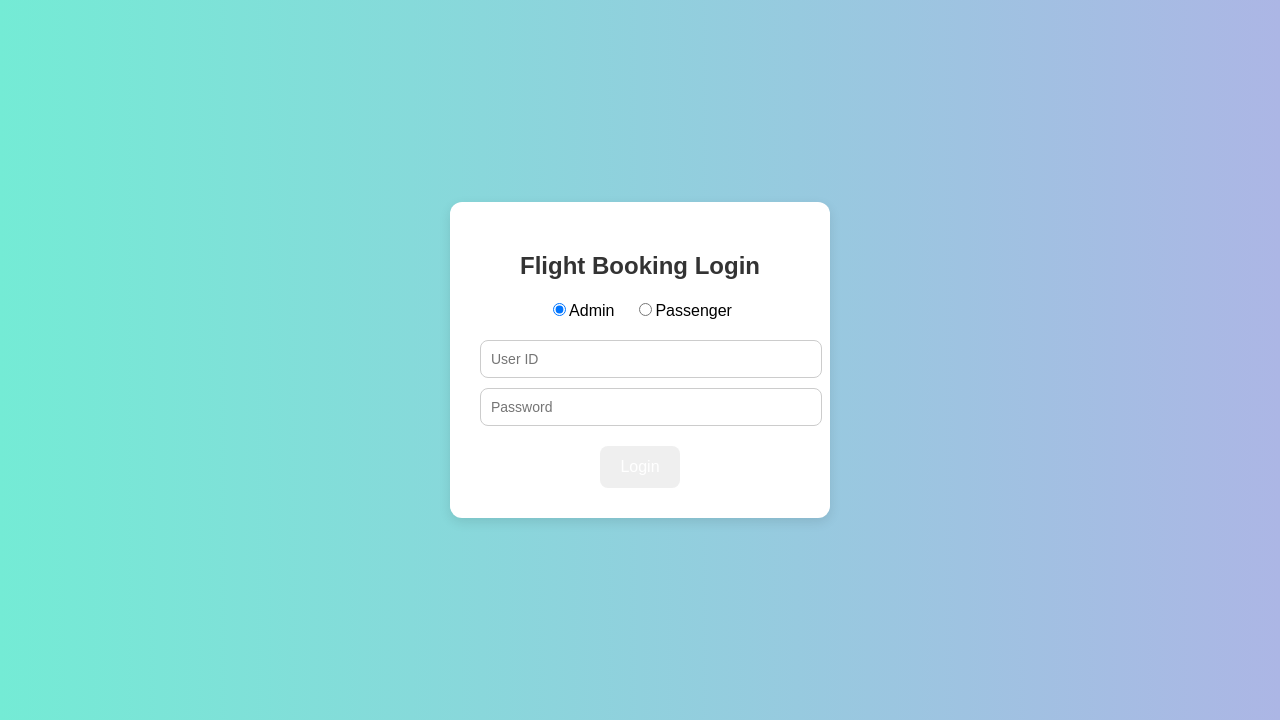
Repository: Shenes35/Booking-system
Page: / (app in frontend/)
An editor plug-in stored every save of this project. The page is shown before and after the next save, followed by the edit.
The browser window is 1280 px wide. The pictures show the whole page.
The project was rebuilt for these pictures with package versions that can differ from the ones it lists, and the page was loaded fresh each time.

Above is the page before, as saved 2025-05-19 10:40:42.

### frontend/src/index.js
import React from 'react';
import ReactDOM from 'react-dom/client';
import './index.css';
import App from './App.jsx';       // ONLY one import of App
import reportWebVitals from './reportWebVitals';

const root = ReactDOM.createRoot(document.getElementById('root'));
root.render(
  <React.StrictMode>
    <App />
  </React.StrictMode>
);

reportWebVitals();

### frontend/src/App.jsx
import React, { useState } from 'react';
import LoginPage from './components/LoginPage';

const App = () => {
  const [userRole, setUserRole] = useState(null);

  if (!userRole) {
    return <LoginPage setUserRole={setUserRole} />;
  }

  return (
    <div>
      <h1>Welcome, {userRole}!</h1>
      {/* Add more UI or navigation here */}
    </div>
  );
};

export default App;

### frontend/src/components/LoginPage.jsx
import React, { useState } from 'react';

const LoginPage = ({ setUserRole }) => {
  const [role, setRole] = useState('admin');
  const [userId, setUserId] = useState('');
  const [password, setPassword] = useState('');

  const handleSubmit = (e) => {
    e.preventDefault();
    if (!userId || !password) {
      alert('Please enter User ID and Password');
      return;
    }
    setUserRole(role);
  };

  return (
    <div style={styles.container}>
      <div style={styles.card}>
        <h2 style={styles.title}>Flight Booking Login</h2>
        <form onSubmit={handleSubmit}>
            <div style={styles.roleSelection}>
            <label style={styles.radioLabel}>
                <input type="radio" value="admin" checked={role === 'admin'} onChange={() => setRole('admin')} />
                Admin
            </label>
            <label style={styles.radioLabel}>
                <input type="radio" value="passenger" checked={role === 'passenger'} onChange={() => setRole('passenger')} />
                Passenger
            </label>
            </div>
            <input
                type="text"
                placeholder="User ID"
                value={userId}
                onChange={(e) => setUserId(e.target.value)}
                style={styles.input}
            />
            <input
                type="password"
                placeholder="Password"
                value={password}
                onChange={(e) => setPassword(e.target.value)}
                style={styles.input}
            />
            <button type="submit" style={styles.button}>Login</button>
        </form>
        </div>
    </div>
  );
};
const styles = {
  container: {
    display: 'flex',
    justifyContent: 'center',
    alignItems: 'center',
    height: '100vh',
    background: 'linear-gradient(to right, #74ebd5, #ACB6E5)',
    fontFamily: 'Arial, sans-serif',
  },
  card: {
    padding: '30px',
    borderRadius: '12px',
    backgroundColor: '#ffffff',
    boxShadow: '0 4px 12px rgba(0, 0, 0, 0.1)',
    minWidth: '320px',
    textAlign: 'center',
  },
  title: {
    marginBottom: '20px',
    color: '#333',
  },
  roleSelection: {
    display: 'flex',
    justifyContent: 'center',
    gap: '20px',
    marginBottom: '20px',
  },
  radioLabel: {
    fontSize: '16px',
  },
  input: {
    display: 'block',
    width: '100%',
    padding: '10px',
    margin: '10px 0',
    border: '1px solid #ccc',
    borderRadius: '8px',
    fontSize: '14px',
  },
  button: {
    backgroundColor: '#1111',
    color: '#fff',
    padding: '12px 20px',
    border: 'none',
    borderRadius: '8px',
    cursor: 'pointer',
    fontSize: '16px',
    marginTop: '10px',
    transition: 'background-color 0.3s ease',
  },
};

export default LoginPage;

Loaded but not shown: frontend/public/index.html (common file); frontend/src/index.css (common file); frontend/src/reportWebVitals.js (common file)

After the next save:
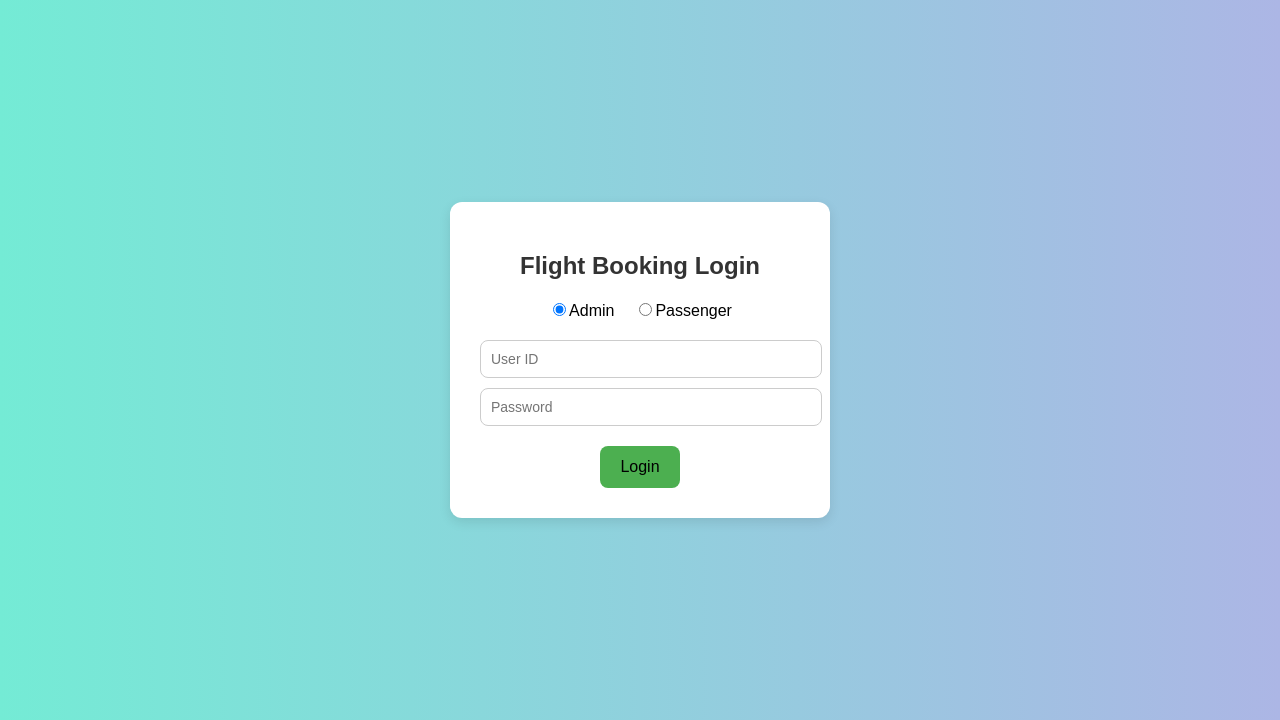
Saved 6 s later.
--- a/frontend/src/components/LoginPage.jsx
+++ b/frontend/src/components/LoginPage.jsx
@@ -89,8 +89,8 @@ const styles = {
     fontSize: '14px',
   },
   button: {
-    backgroundColor: '#1111',
-    color: '#fff',
+    backgroundColor: '#4CAF50',
+    color: '#',
     padding: '12px 20px',
     border: 'none',
     borderRadius: '8px',
